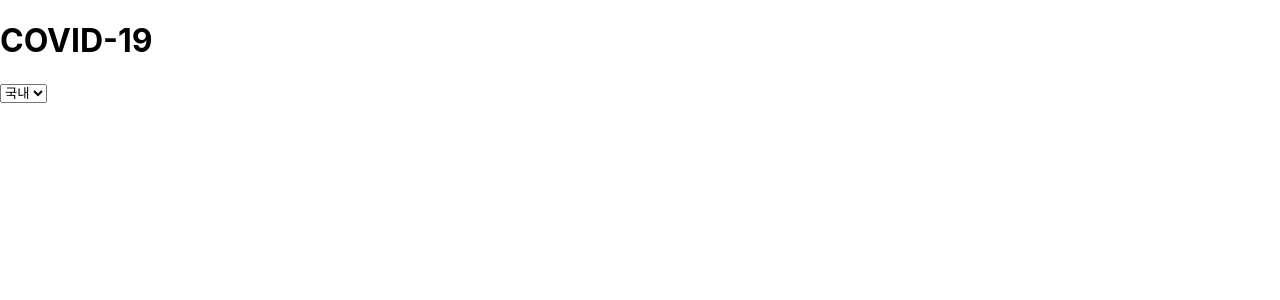
Repository: WOOBINKIM930518/test
Page: /
An editor plug-in stored every save of this project. The page is shown before and after the next save, followed by the edit.
The browser window is 1280 px wide. The pictures show the whole page.
The project was rebuilt for these pictures with package versions that can differ from the ones it lists, and the page was loaded fresh each time.

Above is the page before, as saved 2022-01-12 21:55:41.

### src/App.css
.App{
  display: flex;
  flex-direction: column;
}

### src/components/Header.js
import React from "react";

const Header = () => {
  return (
    <header className="header">
      <h1>COVID-19 </h1>
      <select>
        <option>국내</option>
        <option>세계</option>
      </select>
    </header>
  );
};

export default Header;

Loaded but not shown: public/index.html (common file); src/index.js (common file); src/index.css (common file); src/App.js (common file); src/reportWebVitals.js (common file)

After the next save:
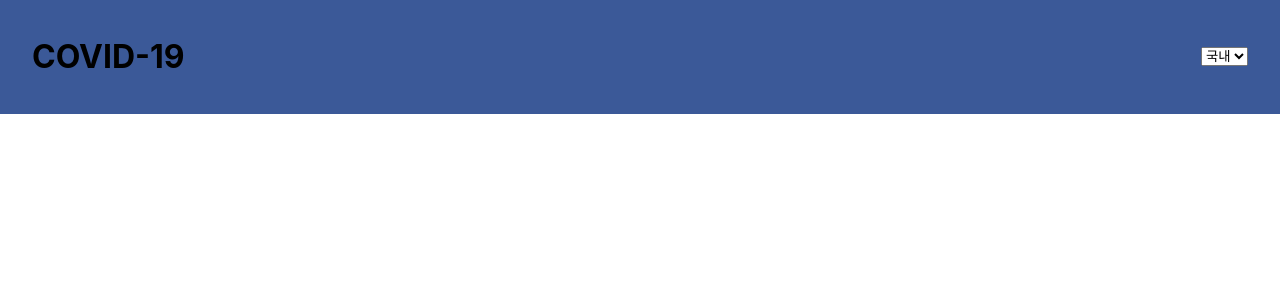
Saved 69 s later.
--- a/src/App.css
+++ b/src/App.css
@@ -2,3 +2,11 @@
   display: flex;
   flex-direction: column;
 }
+
+.header{
+  padding: 1rem 2rem;
+  background: #3b5998;
+  display: flex;
+  justify-content: space-between;
+  align-items: center;
+}
